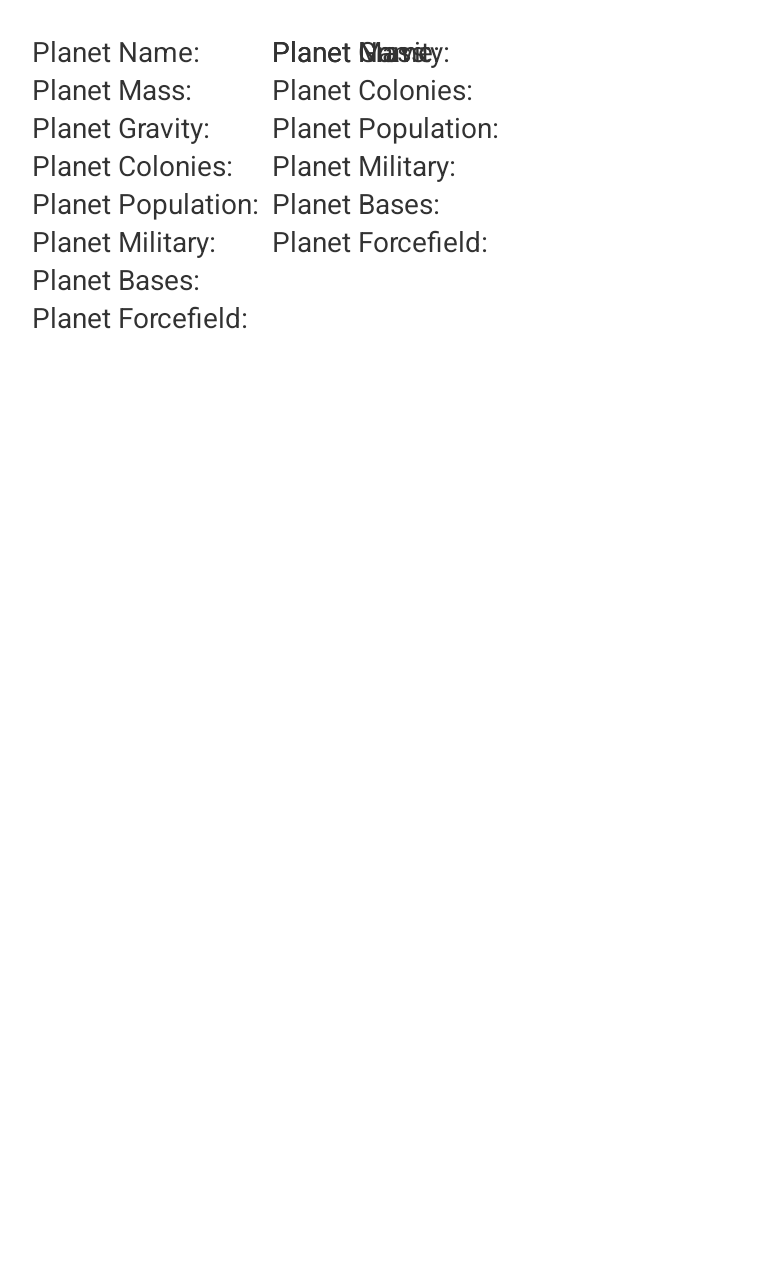
Repository: blender-head/android_basic
Layout: Hello_World/res/layout/activity_main.xml
An editor plug-in stored every save of this project. The layout is shown before and after the next save, followed by the edit.
It is drawn on a 768 x 1280 px phone screen (xhdpi) without system bars, with theme AppTheme; the app's code is not run. The app's manifest (not shown) leaves right-to-left support off. So textAlignment, textDirection and layoutDirection are ignored, and left and right values win over start and end ones.

Above is the layout before, as saved 2013-12-31 16:24:01.

### Hello_World/res/layout/activity_main.xml
<RelativeLayout xmlns:android="http://schemas.android.com/apk/res/android"
    xmlns:tools="http://schemas.android.com/tools"
    android:layout_width="match_parent"
    android:layout_height="match_parent"
    android:paddingBottom="@dimen/activity_vertical_margin"
    android:paddingLeft="@dimen/activity_horizontal_margin"
    android:paddingRight="@dimen/activity_horizontal_margin"
    android:paddingTop="@dimen/activity_vertical_margin"
    tools:context=".MainActivity" >

    <!-- Planet Name label -->
	<TextView
        android:id="@+id/textView1"
        android:layout_width="wrap_content"
        android:layout_height="wrap_content"
        android:text="@string/planet_name_label" />

	<!-- Planet Name data -->
	<TextView
        android:id="@+id/dataView1"
        android:layout_toRightOf="@+id/textView1"
        android:layout_marginLeft="36dip"
        android:layout_width="wrap_content"
        android:layout_height="wrap_content"
        android:text="@string/planet_name_label" />

	<!-- Planet Mass label -->
	<TextView
        android:id="@+id/textView2"
        android:layout_below="@+id/textView1"
        android:layout_width="wrap_content"
        android:layout_height="wrap_content"
        android:text="@string/planet_mass_label" />

	<!-- Planet Mass data -->
	<TextView
        android:id="@+id/dataView2"
        android:layout_toRightOf="@+id/textView2"
        android:layout_alignStart="@+id/dataView1"
        android:layout_alignBelow="@+id/dataView1"
        android:layout_width="wrap_content"
        android:layout_height="wrap_content"
        android:text="@string/planet_mass_label" />

	<!-- Planet Gravity label -->
	<TextView
        android:id="@+id/textView3"
        android:layout_below="@+id/textView2"
        android:layout_width="wrap_content"
        android:layout_height="wrap_content"
        android:text="@string/planet_gravity_label" />

	<!-- Planet Gravity data -->
	<TextView
        android:id="@+id/dataView3"
        android:layout_toRightOf="@+id/textView3"
        android:layout_alignStart="@+id/dataView2"
        android:layout_alignBelow="@+id/dataView2"
        android:layout_width="wrap_content"
        android:layout_height="wrap_content"
        android:text="@string/planet_gravity_label" />

	<!-- Planet Colonies label -->
	<TextView
        android:id="@+id/textView4"
        android:layout_below="@+id/textView3"
        android:layout_width="wrap_content"
        android:layout_height="wrap_content"
        android:text="@string/planet_colonies_label" />

	<!-- Planet Colonies data -->
	<TextView
        android:id="@+id/dataView4"
        android:layout_toRightOf="@+id/textView4"
        android:layout_alignStart="@+id/dataView3"
        android:layout_below="@+id/dataView3"
        android:layout_width="wrap_content"
        android:layout_height="wrap_content"
        android:text="@string/planet_colonies_label" />

	<!-- Planet Poulation label -->
	<TextView
        android:id="@+id/textView5"
        android:layout_below="@+id/textView4"
        android:layout_width="wrap_content"
        android:layout_height="wrap_content"
        android:text="@string/planet_population_label" />

	<!-- Planet Poulation data -->
	<TextView
        android:id="@+id/dataView5"
        android:layout_toRightOf="@+id/textView5"
        android:layout_alignStart="@+id/dataView4"
        android:layout_below="@+id/dataView4"
        android:layout_width="wrap_content"
        android:layout_height="wrap_content"
        android:text="@string/planet_population_label" />

	<!-- Planet Military label -->
	<TextView
        android:id="@+id/textView6"
        android:layout_below="@+id/textView5"
        android:layout_width="wrap_content"
        android:layout_height="wrap_content"
        android:text="@string/planet_military_label" />

	<!-- Planet Military data -->
	<TextView
        android:id="@+id/dataView6"
        android:layout_toRightOf="@+id/textView6"
        android:layout_alignStart="@+id/dataView5"
        android:layout_below="@+id/dataView5"
        android:layout_width="wrap_content"
        android:layout_height="wrap_content"
        android:text="@string/planet_military_label" />

	<!-- Planet Base label -->
	<TextView
        android:id="@+id/textView7"
        android:layout_below="@+id/textView6"
        android:layout_width="wrap_content"
        android:layout_height="wrap_content"
        android:text="@string/planet_bases_label" />

	<!-- Planet Base data -->
	<TextView
        android:id="@+id/dataView7"
        android:layout_toRightOf="@+id/textView7"
        android:layout_alignStart="@+id/dataView6"
        android:layout_below="@+id/dataView6"
        android:layout_width="wrap_content"
        android:layout_height="wrap_content"
        android:text="@string/planet_bases_label" />

	<!-- Planet Force Field label -->
	<TextView
        android:id="@+id/textView8"
        android:layout_below="@+id/textView7"
        android:layout_width="wrap_content"
        android:layout_height="wrap_content"
        android:text="@string/planet_forcefield_label" />

	<!-- Planet Force Field data -->
	<TextView
        android:id="@+id/dataView8"
        android:layout_toRightOf="@+id/textView8"
        android:layout_alignStart="@+id/dataView7"
        android:layout_below="@+id/dataView7"
        android:layout_width="wrap_content"
        android:layout_height="wrap_content"
        android:text="@string/planet_forcefield_label" />

</RelativeLayout>

### Hello_World/res/values/strings.xml
<?xml version="1.0" encoding="utf-8"?>
<resources>

    <string name="app_name">Hello_World</string>
    <string name="action_settings">Settings</string>
    <string name="hello_world">Hello world!</string>

    <string name="planet_name_label">Planet Name: </string>
	<string name="planet_mass_label">Planet Mass: </string>
	<string name="planet_gravity_label">Planet Gravity: </string>
	<string name="planet_colonies_label">Planet Colonies: </string>
	<string name="planet_population_label">Planet Population: </string>
	<string name="planet_military_label">Planet Military: </string>
	<string name="planet_bases_label">Planet Bases: </string>
	<string name="planet_forcefield_label">Planet Forcefield: </string>

</resources>

Loaded but not shown: Hello_World/res/values/styles.xml (common file); Hello_World/res/values-v11/styles.xml (common file); Hello_World/res/values-v14/styles.xml (common file); Hello_World/res/values/dimens.xml (common file)

After the next save:
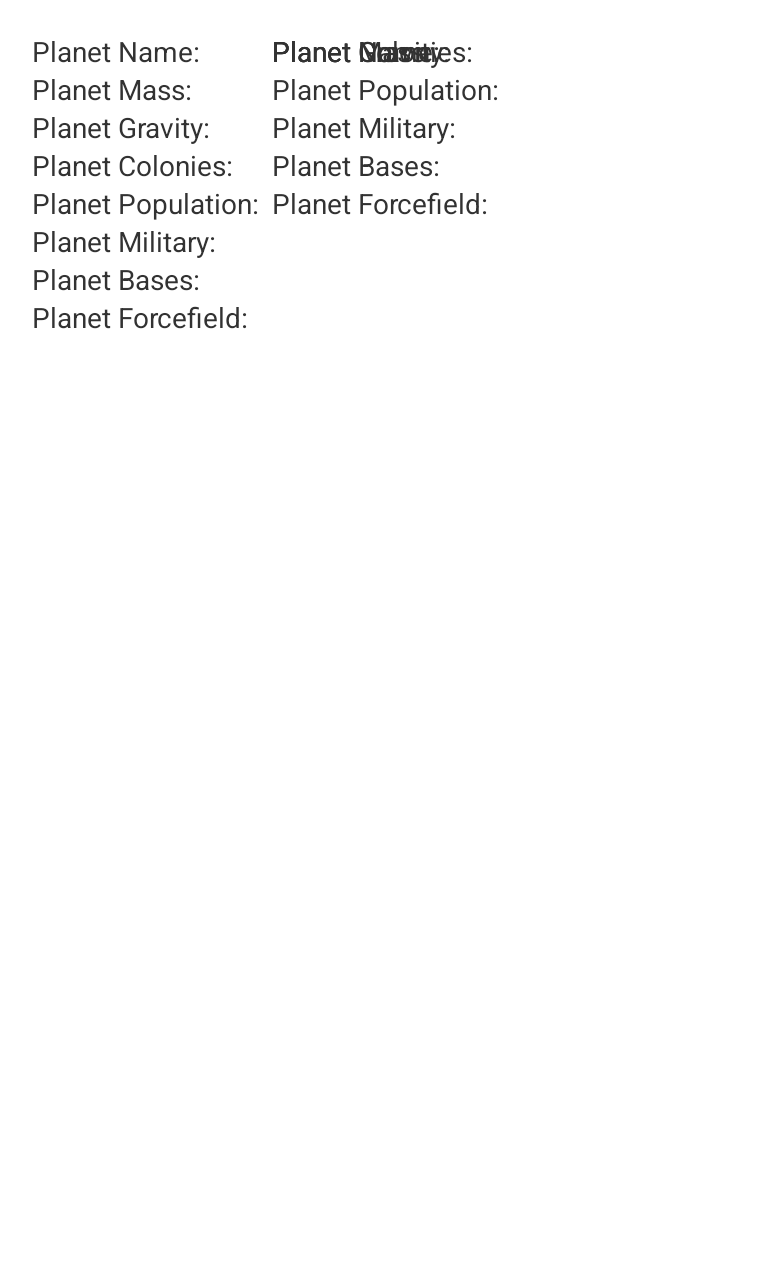
Saved 8 s later.
--- a/Hello_World/res/layout/activity_main.xml
+++ b/Hello_World/res/layout/activity_main.xml
@@ -73,7 +73,7 @@
         android:id="@+id/dataView4"
         android:layout_toRightOf="@+id/textView4"
         android:layout_alignStart="@+id/dataView3"
-        android:layout_below="@+id/dataView3"
+        android:layout_alignBelow="@+id/dataView3"
         android:layout_width="wrap_content"
         android:layout_height="wrap_content"
         android:text="@string/planet_colonies_label" />
